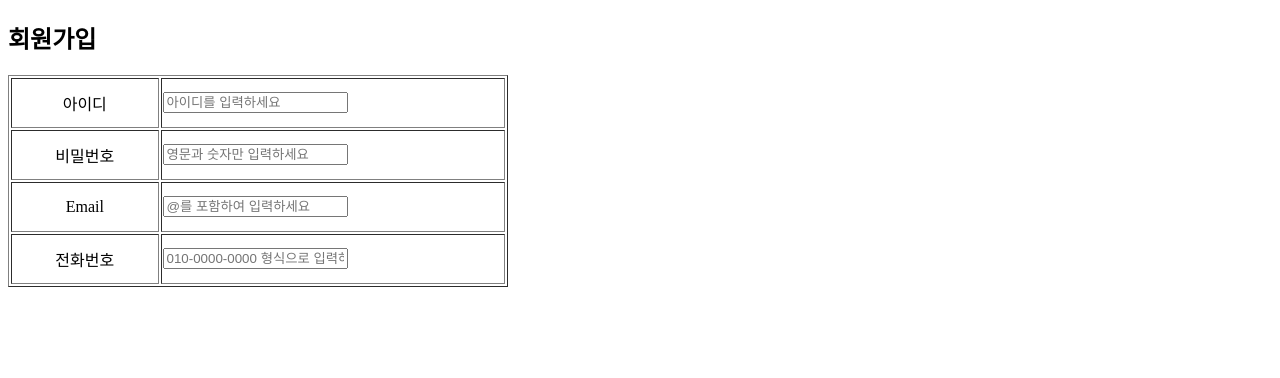
Repository: hyeongu135-ui/Jsp2026
Page: http://localhost/chapter01/Request/Requestjoin.jsp
These files come from the project's save history. The page is drawn as it stood at one moment and after the next save; the edit follows.
The browser window is 1280 px wide. The pictures show the whole page.
The page is served by Tomcat 9.

Above is the page before, as saved 2026-10-19 06:37:30.

### chapter01/src/main/webapp/Request/Requestjoin.jsp
<%@ page language="java" contentType="text/html; charset=UTF-8"
    pageEncoding="UTF-8" import="java.util.*"%>
<!DOCTYPE html>
<html>
<head>
<meta charset="UTF-8">
<title>Insert title here</title>
</head>
<body>
	<div class="container">
	<h2> 회원가입 </h2>

	<form action="RequestJoinProc.jsp" method="post">
		<table width="500" border="1">
			<tr height="50">
				<td align="center" width="150">아이디</td>
				<td width="350">
					<input type="text" name ="id" placeholder="아이디를 입력하세요">
				</td>
			</tr>
			<tr height="50">
				<td align="center" width="150">비밀번호</td>
				<td width="350">
					<input type="password" name ="passchk" placeholder="영문과 숫자만 입력하세요">
				</td>
			</tr>
			<tr height="50">
				<td align="center" width="150">Email</td>
				<td width="350">
					<input type="email" name ="email" placeholder="@를 포함하여 입력하세요">
				</td>
			</tr>
			<tr height="50">
				<td align="center" width="150">전화번호</td>
				<td width="350">
					<input type="tel" name ="tel" placeholder="010-0000-0000 형식으로 입력하세요">
				</td>
			</tr>
		</table>
	</form>
	</div>
</body>
</html>

After the next save:
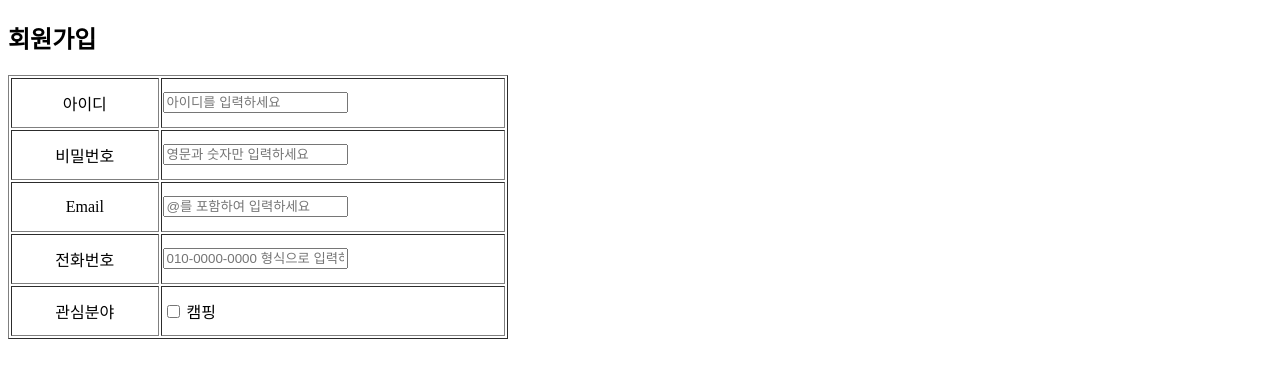
Saved 3 min 4 s later.
--- a/chapter01/src/main/webapp/Request/Requestjoin.jsp
+++ b/chapter01/src/main/webapp/Request/Requestjoin.jsp
@@ -36,6 +36,13 @@
 					<input type="tel" name ="tel" placeholder="010-0000-0000 형식으로 입력하세요">
 				</td>
 			</tr>
+			<tr height="50">
+				<td align="center" width="150">관심분야</td>
+				<td width="350">
+					<input type="checkbox" name ="hobby" value="캠핑" id = "camping">
+					<label for="camping">캠핑</label>&nbsp;&nbsp;
+				</td>
+			</tr>
 		</table>
 	</form>
 	</div>
